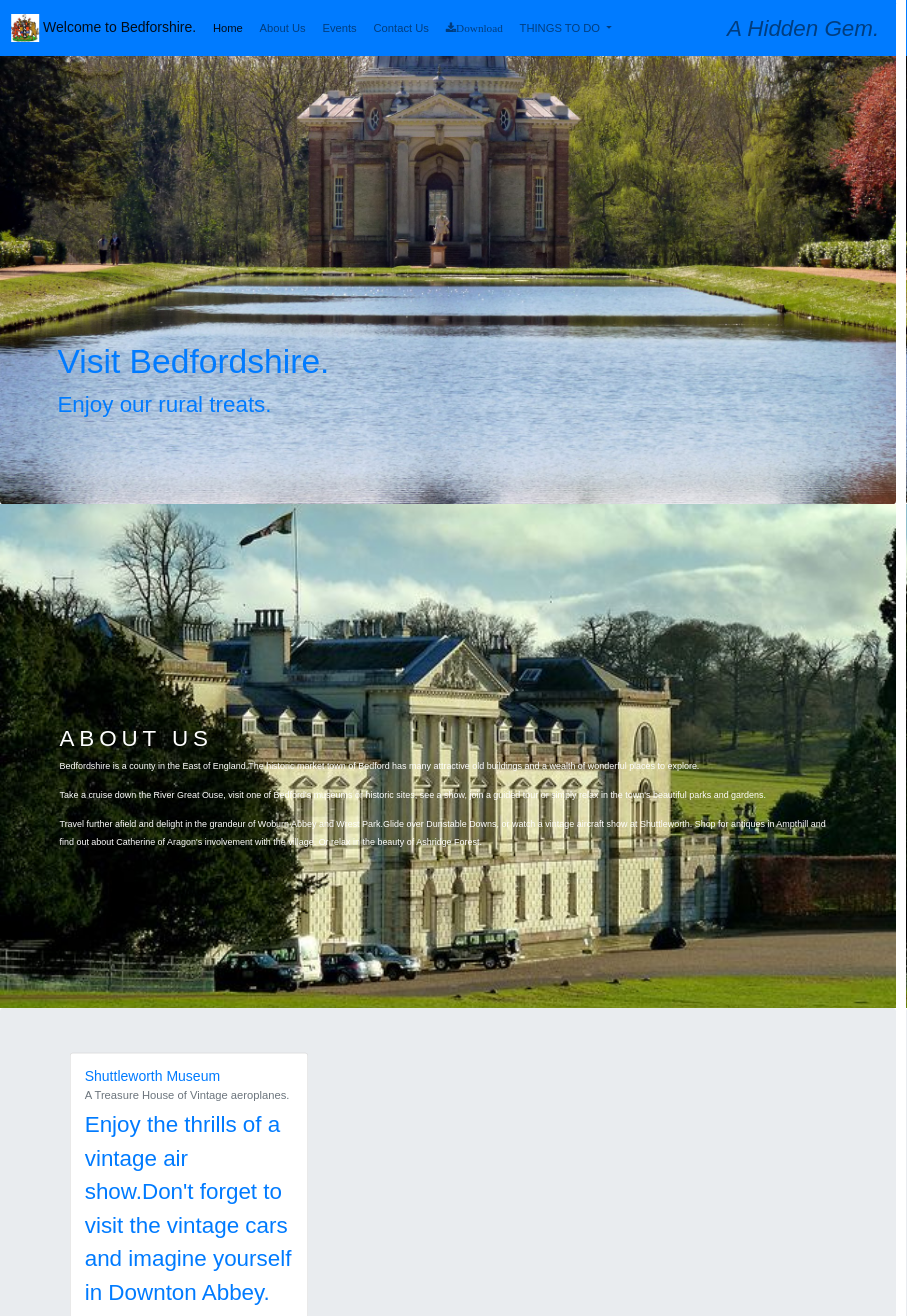
Repository: margaretalice/wrest
Page: index.html
The author's editor kept a record of every edit. The page is drawn from the files as they stood at one moment, then again after the next edit.
The browser window is 1280 px wide. The page is 1295 px wide, so the pictures cover 1295 px, including what lies to the right of the window. The pictures show the part of the page from y = 0 to 1880 px (the page is 5794 px tall), at 70% of full size.
Backgrounds fixed to the window are drawn as part of the page.

Above is the page before.

After the next edit:
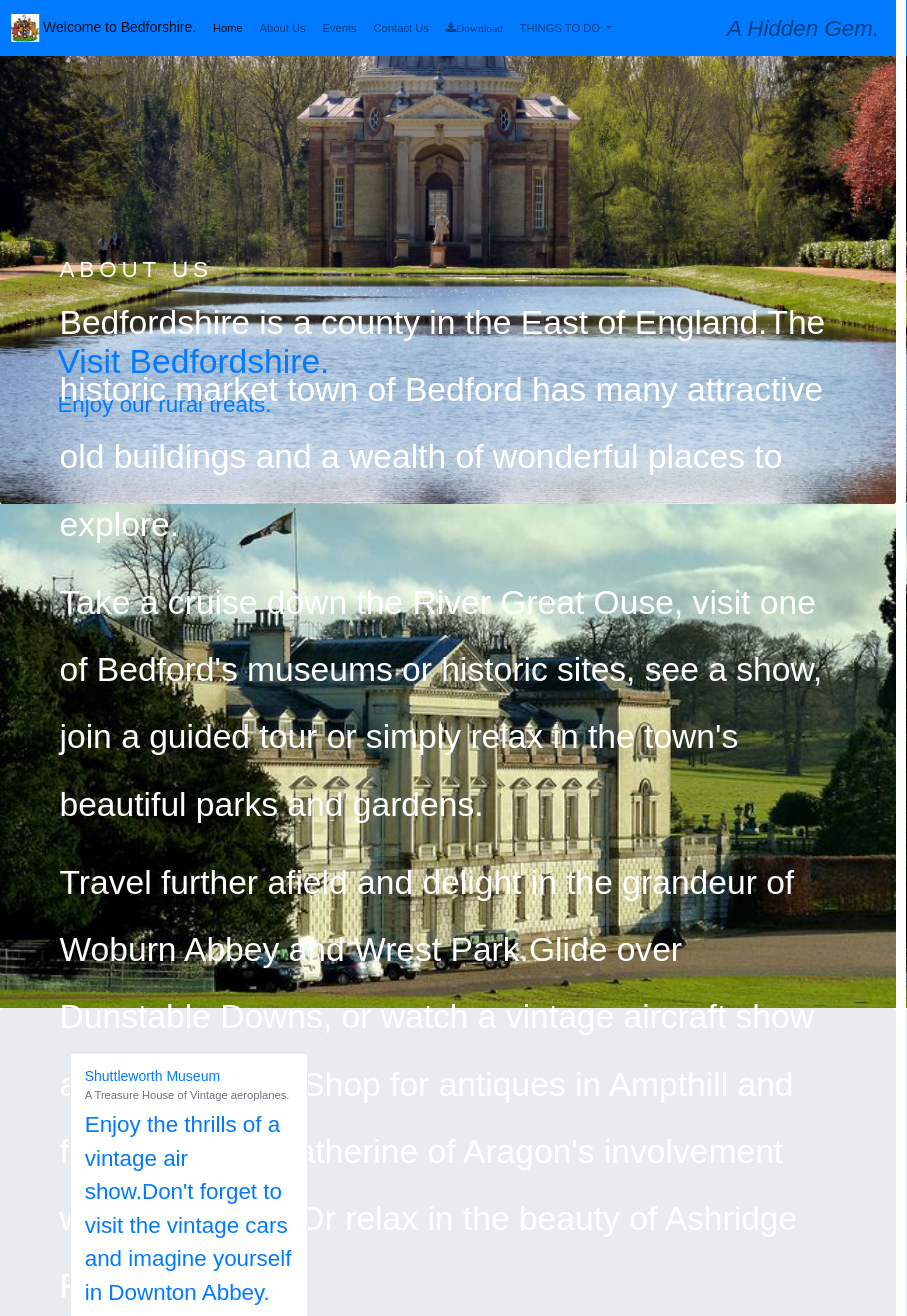
The edit:
--- a/assets/css/style.css
+++ b/assets/css/style.css
@@ -98,7 +98,7 @@
 
 .about-row {
 
-    font-size: .8em;
+    font-size: 3em;
 
     margin: 0 auto;
     color:#ffffff;
